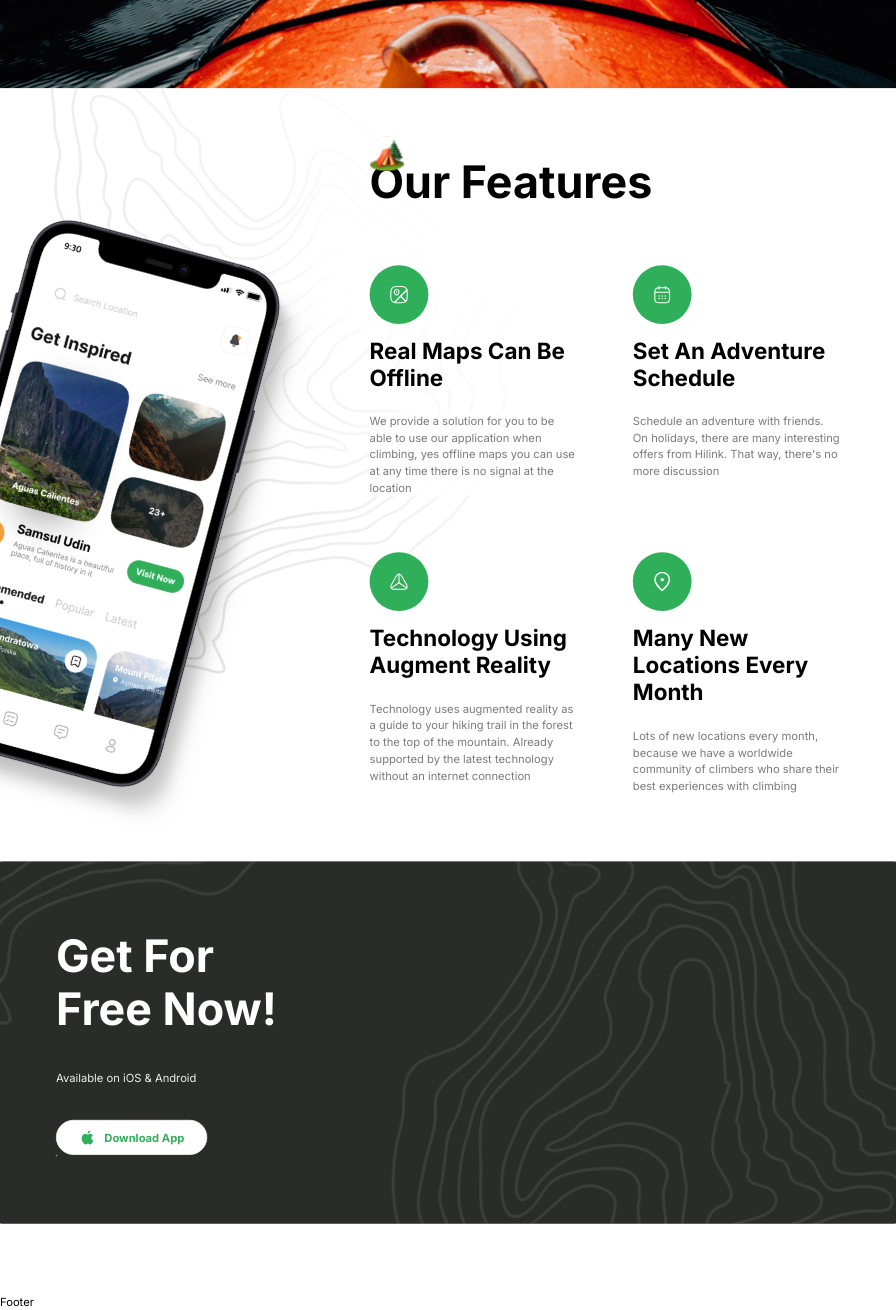
Repository: MikeeBuilds/camp
Page: /
The author's editor kept a copy of each file at every save. The page is drawn from the files as they stood at one save, then again after a run of saves.
The browser window is 1280 px wide. The pictures show the part of the page from y = 2537 to 4457 px (the page is 4409 px tall before and 4457 px after), at 70% of full size.
The project was rebuilt for these pictures with package versions that can differ from the ones it lists, and the page was loaded fresh each time. The framework's server and built-in components were replaced by stand-ins that run in the browser. Also part of the build but not shown: next.config.js.

Above is the page before, as saved 2023-11-25 16:31:11.

### app/layout.tsx
import type { Metadata } from 'next'

import './globals.css'
import Navbar from '@/components/Navbar'
import Footer from '@/components/Footer'


export const metadata: Metadata = {
  title: 'Travel',
  description: 'Travel UI/UX App for camping',
}

export default function RootLayout({
  children,
}: {
  children: React.ReactNode
}) {
  return (
    <html lang="en">
      <head>
        <link rel="icon" href="img/favicon.ico" sizes='any'/>
      </head>
      <body className="">
        <Navbar/>
        <main className='relative overflow-hidden'>
        {children}
        </main>
        <Footer/>
      </body>
    </html>
  )
}

### app/page.tsx
import Camp from "@/components/Camp";
import Features from "@/components/Features";
import GetApp from "@/components/GetApp";
import Guide from "@/components/Guide";
import Hero from "@/components/Hero";

export default function Home() {
  return (
    <>
      <Hero/>
      <Camp/>
      <Guide/>
      <Features/>
      <GetApp/>
    </>
  )
}

### components/Navbar.tsx
import { NAV_LINKS } from '@/constants'
import Image from 'next/image'
import Link from 'next/link'
import Button from './Button'

const Navbar = () => {
    return (
        <nav className="flexBetween max-container padding-container relative z-30 py-5">
            <Link href="/">
                <Image src="/hilink-logo.svg" alt="logo" width={74} height={29} />
            </Link>

            <ul className="hidden h-full gap-12 lg:flex">
                {NAV_LINKS.map((link) => (
                    <Link href={link.href} key={link.key} className="regular-16 text-gray-50 flexCenter cursor-pointer pb-1.5 transition-all hover:font-bold">
                        {link.label}
                    </Link>
                ))}
            </ul>

            <div className='lg:flexCenter hidden'>
                <Button
                    type="button"
                    title="Login"
                    icon="/user.svg"
                    variant="btn_dark_green"
                />
            </div>

            <Image
                src="menu.svg"
                alt='menu'
                width={32}
                height={32}
                className='inline-block cursor-pointer lg:hidden'
            />
        </nav>
    )
}

export default Navbar

### components/Camp.tsx
import { PEOPLE_URL } from "@/constants";
import Image from "next/image";

interface CampProps {
  backgroundImage: string;
  title: string;
  subtitle: string;
  peopleJoined: string
}

const CampSite = ({ backgroundImage, title, subtitle, peopleJoined }: CampProps) => {
  return (
    <div className={`h-full w-full min-w-[1100px] ${backgroundImage} bg-cover bg-no-repeat lg:rounded-r-5xl 2xl:rounded-5xl`}>
      <div className="flex h-full flex-col items-start justify-between p-6 lg:px-20 lg:py-10">
        <div className="flex-center gap-4">
          <div className="rounded-full bg-green-50 p-4">
            <Image
              src="/folded-map.svg"
              alt="map"
              width={28}
              height={28}
            />
          </div>
          <div className="flex flex-col gap-1">
            <h4 className="bold-18 text-white">
              {title}
            </h4>
            <p className="regular-14 text-white">
              {subtitle}
            </p>
          </div>
        </div>
        <div className="flex-center gap-6">
          <span className="flex -space-x-4 overflow-hidden">
            {PEOPLE_URL.map((url) => (
              <Image
                src={url}
                key={url}
                alt="person"
                width={52}
                height={52}
                className="inline-block h-10 w-10 rounded-full"
              />
            ))}
          </span>
          <p className="bold-16 md:bold-20 text-white">{peopleJoined}</p>
        </div>
      </div>
    </div>
  )
};

const Camp = () => {
  return (
    <section className=' 2xl:max-container
    relative flex flex-col py-10 lg:mb-20 xl:mb-20'>
      <div className='hide-scrollbar flex h-[340px] w-full items-start
      justify-start gap-8 overflow-x-auto lg:h-[400px] xl:h-[640px]'>
        <CampSite
          backgroundImage="bg-bg-img-1"
          title="Ouachita National Forest"
          subtitle="Hodgen, OK"
          peopleJoined="50+ joined"
        />
        <CampSite
          backgroundImage="bg-bg-img-2"
          title="Robbers Cave State Park"
          subtitle="Wilburton, OK"
          peopleJoined="50+ joined"
        />
      </div>

      <div className="flexEnd mt-10 px-6 lg:-mt-60 lg:mr-6">
        <div className="bg-green-50 p-8 lg:max-w-[500px] xl:max-w-[734px] xl:rounded-5xl xl:px-16 xl:py-20 relative w-full overflow-hidden rounded-3xl">
          <h2 className="regular-24 md:regular-32 2xl:regular-64 capitalize text-white">
            <strong>Feeling Lost </strong>
            And Not Knowing The Way?
          </h2>
          <p className="regular-14 xl:regular-16 mt-5 text-white">
            Starting from the anxiety of the hikers when visiting a new hiking location,
            the possibility of getting lost is very strong. That's why we are here for those of you
            who want to start a new adventure
          </p>
          <Image
            src="/quote.svg"
            alt="camp-2"
            width={186}
            height={219}
            className="camp-quote"
          />
        </div>
      </div>
    </section>
  )
}

export default Camp

### components/Features.tsx
import { FEATURES } from '@/constants'
import Image from 'next/image'
import React from 'react'

const Features = () => {
  return (
    <section className='
    flex-col flexCenter overflow-hidden bg-feature-bg bg-no-repeat py-24'>
      <div className='max-container padding-container relative w-full flex justify-end'>
        <div className='flex flex-1 lg:min-h-[900px]'>
          <Image
            src="/phone.png"
            alt='phone'
            width={440}
            height={1000}
            className='feature-phone'
          />
        </div>

        <div className='z-20 flex w-full flex-col lg:w-[60%]'>
          <div className='relative'>
            <Image
              src="/camp.svg"
              alt='camp'
              width={50}
              height={50}
              className='absolute l-[-5px] top-[-28px] w-10 lg:w-[50px]'
            />
            <h2 className='bold-40 lg:bold-64'>Our Features</h2>
          </div>
          <ul className='mt-10 grid gap-10 md:grid-cols-2 lg:mt-20 lg:gap-20'>
            {FEATURES.map((features) => (
              <FeatureItem
              title={features.title}
              key={features.title}
              icon={features.icon}
              description={features.description}
            />
            ))}
          </ul>
        </div>
      </div>
    </section>
  )
}

type FeatureItem = {
  title: string;
  icon: string;
  description: string;
}

const FeatureItem = ({ title, icon, description }:
  FeatureItem) => {
  return (
    <li className='flex w-full flex-1 flex-col items-start'>
      <div className='rounded-full p-4 lg:p-7 bg-green-50'>
      <Image
        src={icon}
        alt='map'
        width={28}
        height={28}
      />
      </div>
      <h2 className='bold-20 lg:bold-32 mt-5 capitalize'>
        {title}
      </h2>
      <p className='regular-16 mt-5 bg-white/80 text-gray-30 lg:mt-[30px] lg:bg-none'>
        {description}
      </p>
    </li>
  )
}

export default Features

### components/GetApp.tsx
import Button from "./Button"


const GetApp = () => {
  return (
    <section className='flexCenter w-full flex-col pb-[100px]'>
      <div className='get-app'>
        <div className='z-20 flex w-full flex-1 flex-col items-start justify-center gap-12'>
          <h2 className='bold-40 lg:bold-64 xl:max-w-[320px]'>Get For Free Now!</h2>
          <p className='regular-16 text-gray-10'>Available on iOS & Android</p>

          <div>
            <Button
              type="button"
              title="Download App"
              icon="/apple.svg"
              variant="btn_white"
              full
            />
            <Button/>
          </div>
        </div>
      </div>
    </section>
  )
}

export default GetApp

### components/Guide.tsx
import Image from 'next/image'
import React from 'react'

const Guide = () => {
  return (
    <section className='flexCenter flex-col'>
      <div className='padding-container max-container
      w-full pb-24'>
        <Image
          src="/camp.svg"
          alt='camp'
          width={50}
          height={50}
        />
        <p className='uppercase regular-18 -mt-1 mb-3 text-green-50'>
          We are here for you
        </p>
        <div className='flex flex-wrap justify-between gap-5 lg:gap-10'>
          <h2 className='bold-40 lg:bold-64 xl:max-w-[390px]'>Guide you through the easy path</h2>
          <p className='regualr-16 text-gray-30 xl:max-w-[520px]'>
            Only with the Hilink App. you will no longer get lost again. because we
            already support offline maps when there is no internet connection in the filed.
            Invite you friends and relatives to have fun in the wilderness through the valley,
            and reach the top of the mointain
          </p>
        </div>
      </div>

      <div className='flexCenter max-container relative w-full'>
          <Image
            src="/boat.png"
            alt='boat'
            width={1440}
            height={580}
            className='w-full object-cover object-center 2xl:rounded-5xl'
          />

          <div className='absolute flex bg-white py-8 pl-5 pr-7 gap-3 rounded-3xl border shadow-md md:left-[5%] lg:top-20'>
            <Image
              src="/meter.svg"
              alt='meter'
              width={16}
              height={158}
              h-full w-auto
            />
            <div className='flexbetween flex-col'>
              <div className='flex w-full flex-col'>
                <div className='flexBetween w-full'>
                  <p className='regaular-16 text-gray-20'>Destination</p>
                  <p className='bold-16 text-green-50'>48 min</p>
                </div>
                  <p className='bold-20 mt-2'>Black Mesa State Park & Nature Preserve</p>
              </div>

              <div className='flex w-full flex-col'>
                  <p className='regaular-16 text-gray-20'>Start Track</p>
                  <h4 className='bold-20 mt-2 whitespace-nowrap'>Lake Carl Etling</h4>
              </div>
            </div>
          </div>
      </div>
    </section>
    )
}

export default Guide

### components/Hero.tsx
import Image from 'next/image';
import React from 'react';
import Button from "./Button";

const Hero = () => {
  return (
    <section className=' max-container padding-container flex flex-col gap-20 py-10 pb-32 md:gap-28 lg:py-20 xl:flex-row'>
      <div className='hero-map' />

      {/* LEFT SIDE */}

      <div className='relative z-20 flex flex-1 flex-col xl:w-1/2'>
        <Image
          src="/camp.svg"
          alt='camp'
          height={50}
          width={50}
          className='absolute left-[-5px] top-[-30px] w-10 lg:w-[50px]'
        />

        <h1 className='bold-52 lg:bold-88'>
          Oklahoma Camp Areas
        </h1>
        <p className='regular-16 mt-6 text-gray-30 xl:max-w-[520px]'>
          Embark on every Oklahoma adventure with us, discovering the untamed beauty of nature.
          Experience the wonders of our state's diverse landscapes—all in one app.
        </p>
        <div className='my-11 flex flex-wrap gap-5'>
            <div className='flex items-center gap-2'>
              {Array(5).fill(1).map((_, index) => (
                <Image
                  src="/star.svg"
                  key={index}
                  alt='star'
                  height={24}
                  width={24}
                />
              ))}
            </div>

            <p className='bold-16 lg:bold-20 text-blue-70'>
              68k
              <span className='regular-16 lg:regular-20 ml-1'>Awesome Reviews</span>
            </p>
        </div>

        <div className='flex flex-col w-full gap-3 sm:flex-row'>
          <Button
            type='button'
            title='Download App'
            variant='btn_green'
          />
          <Button
          type='button'
          title='How We Work'
          icon='/play.svg'
          variant='btn_white_text'
        />
        </div>
      </div>

      <div className='relative flex flex-1 items-start'>
          <div className='relative z-20 flex w-[268px] flex-col gap-8 rounded-3xl bg-green-90 px-7 py-8'>


            <div className='flex flex-col'>
              <div className='flexBetween'>
                <p className='regu;ar-16 text-gray-20'>
                  Location
                </p>
                <Image
                  src="/close.svg"
                  alt='logo'
                  width={24}
                  height={24}
                />
              </div>
              <p className='bold-20 text-white'>Chickasaw National Recreation Area</p>
                </div>

              <div className='flexBetween'>
                <div className='flex flex-col'>
                  <p className='regular-16 block text-gray-20'>Distance</p>
                  <p className='bold-20 text-white'>24mi</p>
                </div>
                <div className='flex flex-col'>
                  <p className='regular-16 block text-gray-20'>Elevation</p>
                  <p className='bold-20 text-white'>2.040 km</p>
                </div>
              </div>
            </div>
          </div>
    </section>
  )
}

export default Hero

### components/Button.tsx
import Image from "next/image";

type ButtonProps = {
    type: 'button' | "submit";
    title: string;
    icon?: string;
    variant: 'btn_dark_green'
}


const button = ({ type, title, icon, variant}: ButtonProps) => {
  return (
    <button
        className={`flexCenter gap-3 rounded-full border ${variant}`}
        type={type}
    >
        {icon && <Image src={icon} alt={title} width={24} height={24}/>}
        <label className="bold-16 whitespace-nowrap">{title}</label>
    </button>
  )
}

export default button

Loaded but not shown: app/globals.css (common file); components/Footer.tsx (common file); constants/index.ts (common file); tailwind.config.ts (common file)

After the next 2 saves:
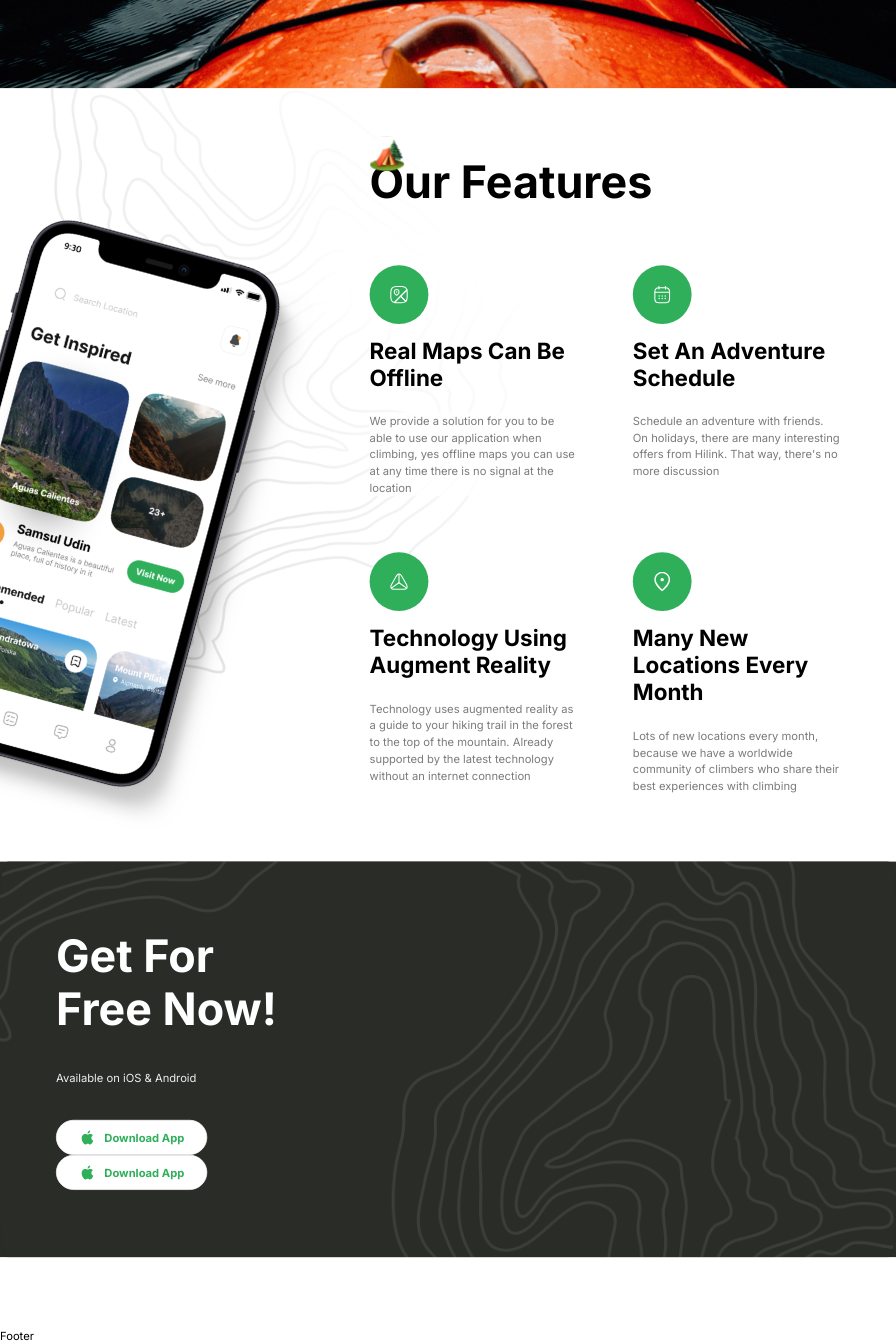
The 2 saves are shown as one change because they came seconds apart.
The last was saved 85 s later.
--- a/components/GetApp.tsx
+++ b/components/GetApp.tsx
@@ -17,7 +17,13 @@
               variant="btn_white"
               full
             />
-            <Button/>
+             <Button
+              type="button"
+              title="Download App"
+              icon="/apple.svg"
+              variant="btn_white"
+              full
+            />
           </div>
         </div>
       </div>
